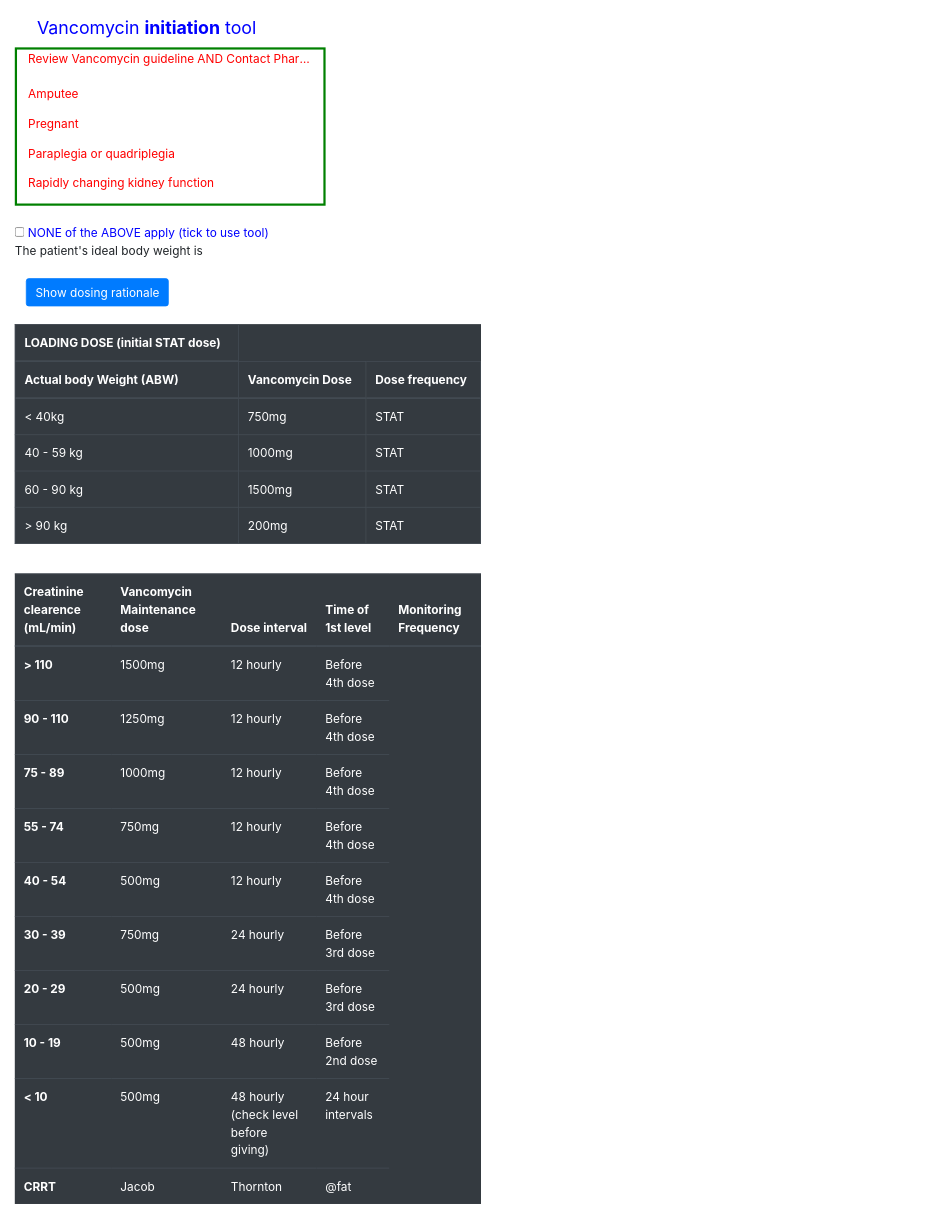
Repository: Mismiles/project-clinical-calculator
Page: index.html
The author's editor kept a record of every edit. The page is drawn from the files as they stood at one moment, then again after the next edit.
The browser window is 1280 px wide. The pictures show the whole page, at 74% of full size.

Above is the page before.

### index.html
<!doctype html>
<html lang="en">
  <head>
    <!-- Required meta tags -->
    <meta charset="utf-8">
    <meta name="viewport" content="width=device-width, initial-scale=1, shrink-to-fit=no">

    <!-- Bootstrap CSS -->
    <link rel="stylesheet" href="https://stackpath.bootstrapcdn.com/bootstrap/4.3.1/css/bootstrap.min.css" integrity="sha384-ggOyR0iXCbMQv3Xipma34MD+dH/1fQ784/j6cY/iJTQUOhcWr7x9JvoRxT2MZw1T" crossorigin="anonymous">

    <!-- Custom CSS -->
    <link href="css/stylesheet.css" rel="stylesheet">

    <title>Vancomycin calculation tool</title>

  </head>
  <body>

<form name="vanc">
<fieldset>

<!-- Form Name -->
<legend>Vancomycin <b>initiation</b> tool</legend>

<!-- Parameters -->
<section id='parameters'>
  <div class="col-md-4 statement" for="parameters" style="color:red">Review Vancomycin guideline AND Contact Pharmacy if any apply, as this tool will not give relevant advice.
    <br>
    <br>
    <p>Amputee</p>
    <p>Pregnant</p>
    <p>Paraplegia or quadriplegia</p>
    <p>Rapidly changing kidney function</p>
	</div>
</section>

<!-- Safe to use tool-->
	<br>
	<div style="color:blue">
      <input type="checkbox" name="parameters" id="showform" onclick="displayForm(); hideParameters();">
      NONE of the ABOVE apply (tick to use tool)
</div>

<section id='vancform'>
<!-- Indication-->
<br>
<div class="form-group">
  <label class="col-md-4 control-label" for="indication"><b>Indication</b></label>
  <div class="col-md-4">
  <input id="ind" name="indication" type="text" autocomplete="off" placeholder="Specify" class="form-control input-md" required="">
  </div>
</div>

<!-- Gender -->
<div class="form-group">
  <label class="col-md-4 control-label" for="gender"><b>Gender</b></label>
  <div class="col-md-4">
   <div class="btn-group btn-group-toggle" data-toggle="buttons">
  <label class="btn btn-outline-primary">
    <input type="radio" name="options" id="male" value="males" onclick="getGender()"> Male
  </label>
  <label class="btn btn-outline-danger">
    <input type="radio" name="options" id="female" value="females" onclick="getGender()"> Female
  </label>
</div>
  </div>
</div>

<!-- Age-->
<div class="form-group">
  <label class="col-md-4 control-label" for="age"><b>Age</b></label>
  <div class="col-md-4">
  <input id="age" name="age" type="text" maxlength="3" placeholder="Age in years" autocomplete="off" class="form-control input-md" required="">
  </div>
</div>

<!-- Weight-->
<div class="form-group">
  <label class="col-md-4 control-label" for="weight"><b>Weight in kg</b></label>
  <div class="col-md-4">
  <input id="weight" name="weight" type="text" maxlength="3" placeholder="Weight in kg" autocomplete="off" class="form-control input-md" required="">
</div>
</div>

<!-- Date picker-->
<div class="form-group">
        <label class="col-md-4 control-label" for="date"><b>Date Weight Taken</b></label>
          <div class="col-md-4">
        <input id="form-control input-md date" name="date" autocomplete="off" placeholder="MM/DD/YYY" type="date" required="" onclick="verifyDate()">
          </div>
</div>
<p id="datemessage"></p>

  <div class="checkbox">
    <label for="parameters-0">
      <input type="radio" name="parameters" id="abnormalWeight" value="" onclick="displayHeight();">
      Abnormal Weight (BMI &lt; 18.5 OR BMI &gt; 25) <br><span style="color:green"><i>Tick to help calculate BMI</i></span>
    </label>
	</div>

	 <div class="checkbox">
    <label for="parameters-1">
      <input type="radio" name="parameters" id="normalweight" value="" onclick="toggleIBW(); displayHeight();">
      Normal weight (BMI &gt; 18.5 and &lt; 25)
    </label>
	</div>
</div>
</div>

<!-- Height-->
<section id="heightbox" class="form-group">
  <label class="col-md-4 control-label" for="height"><b>Height in cm</b></label>
  <div class="col-md-4">
  <input id="height" name="height" type="text" maxlength="3" autocomplete="off" placeholder="Height in cm" class="form-control input-md" required="">
</div>
</section>

<!-- Creatinine-->
<div class="form-group">
  <label class="col-md-4 control-label" for="creatinine"><b>Serum Creatinine in µmol/L</b></label>
  <div class="col-md-4">
  <input id="creatinine" name="creatinine" type="text" autocomplete="off" maxlength="3" placeholder="Creatinine" class="form-control input-md" data-bind="value:replyNumber" required="">
  </div>
</div>

<!-- Disclaimer-->
<div style="color:red">
      <input type="checkbox" name="safetyline" id="disclaimer" onclick="safety();">
      I confirm that this tool takes no clinical responsibility for outcomes <br>
      and I will use this tool <b>only to aid my ultimate clinical decision.</b>
</div>

<!-- Button -->
<div class="form-group">
  <label class="col-md-4 control-label" for="calculate"></label>
  <div class="col-md-4">
    <script type="text/javascript" src="js/calculation.js"></script>
    <button id="calc" name="calculate" type="button" class="btn btn-primary" onclick="runCalcs();" >Display dose and monitoring advice</button>
  </div>
</div>

</fieldset>
</form>
</section>

<section id="dosingAdvice">
<p id="indication" class="text">The indication for treatment is</p>
<p id="stat_dose" class="text">Prescribe STAT dose of</p>
<p id="bmi_calc" class="text">The patient's BMI is</p>
<p id="ibw_text" class="text">The patient's ideal body weight is</p>
<p id="result_g" class="text">The CrCl =</p>
<p id="main_dose" class="text">Therefore prescribe</p>
<p id="poor_renal"class="text">Do not wait for the result before giving the next scheduled dose unless CrCl < 10 ml/min
or the patient is on renal replacement therapy</p>

<br>

<!-- Explain Button -->
  <div class="col-md-4">
    <button id="explain" name="exp" type="button" class="btn btn-primary" onclick="displayReasoning(); highlightWtable(); highlightRtable(); explain(); scrollWin();" >Show dosing rationale</button>
  </div>
</div>

</section>

<br>

<section id="explainDosing"
<!--Show formulas -->
<div id="showFormulas"></div>

<table class="col-md-6 table table-bordered table-dark">
  <thead>
    <tr>
      <th>LOADING DOSE (initial STAT dose)</th>
    </tr>
    <tr>
      <th scope="col">Actual body Weight (ABW)</th>
      <th scope="col">Vancomycin Dose</th>
      <th scope="col">Dose frequency</th>
    </tr>
  </thead>
  <tbody>
    <tr id="under40">
      <td>< 40kg</td>
      <td>750mg</td>
      <td>STAT</td>
    </tr>
    <tr id="w40to59">
      <td>40 - 59 kg</td>
      <td>1000mg</td>
      <td>STAT</td>
    </tr>
    <tr id="w60to90">
      <td>60 - 90 kg</td></td>
      <td>1500mg</td>
      <td>STAT</td>
    </tr>
    <tr id="over90">
      <td>> 90 kg</td></td>
      <td>200mg</td>
      <td>STAT</td>
    </tr>
  </tbody>
</table>

<br>

<table class="col-md-6 table table-dark">
  <thead>
    <tr>
      <th scope="col">Creatinine clearence (mL/min)</th>
      <th scope="col">Vancomycin Maintenance dose</th>
      <th scope="col">Dose interval</th>
      <th scope="col">Time of 1st level</th>
      <th scope="col">Monitoring Frequency</th>
    </tr>
  </thead>
  <tbody>
    <tr id="rOver110">
      <th>> 110</th>
      <td>1500mg</td>
      <td>12 hourly</td>
      <td>Before 4th dose</td>
    </tr>
    <tr id="r90to110">
      <th>90 - 110</th>
      <td>1250mg</td>
      <td>12 hourly</td>
      <td>Before 4th dose</td>
    </tr>
    <tr  id="r75to89">
      <th>75 - 89</th>
      <td>1000mg</td>
      <td>12 hourly</td>
      <td>Before 4th dose</td>
    </tr>
     <tr id="r55to74">
      <th>55 - 74</th>
      <td>750mg</td>
      <td>12 hourly</td>
      <td>Before 4th dose</td>
    </tr>
    <tr id="r40to54">
      <th>40 - 54</th>
      <td>500mg</td>
      <td>12 hourly</td>
      <td>Before 4th dose</td>
    </tr>
    <tr id="r30to90">
      <th>30 - 39</th>
      <td>750mg</td>
      <td>24 hourly</td>
      <td>Before 3rd dose</td>
    </tr>
    <tr id="r20to29">
      <th>20 - 29</th>
      <td>500mg</td>
      <td>24 hourly</td>
      <td>Before 3rd dose</td>
    </tr>
    <tr id="r10to19">
      <th>10 - 19</th>
      <td>500mg</td>
      <td>48 hourly</td>
      <td>Before 2nd dose</td>
    </tr>
    <tr id="r10to0">
      <th>< 10</th>
      <td>500mg</td>
      <td>48 hourly (check level before giving)</td>
      <td>24 hour intervals</td>
    </tr>
    <tr id="CRRT">
      <th>CRRT</th>
      <td>Jacob</td>
      <td>Thornton</td>
      <td>@fat</td>
    </tr>
  </tbody>
</table>


<!-- Image carousel -->
  <div id="carouselExampleIndicators" class="carousel slide row" data-ride="carousel">
  <ol class="carousel-indicators">
    <li data-target="#carouselExampleIndicators" data-slide-to="0" class="active"></li>
    <li data-target="#carouselExampleIndicators" data-slide-to="1"></li>
    <li data-target="#carouselExampleIndicators" data-slide-to="2"></li>
    <li data-target="#carouselExampleIndicators" data-slide-to="3"></li>
    <li data-target="#carouselExampleIndicators" data-slide-to="4"></li>
    <li data-target="#carouselExampleIndicators" data-slide-to="5"></li>
    <li data-target="#carouselExampleIndicators" data-slide-to="6"></li>
    <li data-target="#carouselExampleIndicators" data-slide-to="7"></li>
    <li data-target="#carouselExampleIndicators" data-slide-to="8"></li>
    <li data-target="#carouselExampleIndicators" data-slide-to="9"></li>
  </ol>
  <div class="carousel-inner">
    <div class="carousel-item active">
      <img class="d-block w-60" src="images/vanc1.jpg" alt="First slide">
    </div>
    <div class="carousel-item">
      <img class="d-block w-60" src="images/app1.jpg" alt="Second slide">
    </div>
    <div class="carousel-item">
      <img class="d-block w-60" src="images/app2.jpg" alt="Third slide">
    </div>
    <div class="carousel-item">
      <img class="d-block w-60" src="images/app3.jpg" alt="Fourth slide">
    </div>
    <div class="carousel-item">
      <img class="d-block w-60" src="images/app41.jpg" alt="Fifth slide">
    </div>
    <div class="carousel-item">
      <img class="d-block w-60" src="images/app42.jpg" alt="Sixth slide">
    </div>
     <div class="carousel-item">
      <img class="d-block w-60" src="images/app43.jpg" alt="Seventh slide">
    </div>
     <div class="carousel-item">
      <img class="d-block w-60" src="images/app5.jpg" alt="Eigth slide">
     </div>
     <div class="carousel-item">
      <img class="d-block w-60" src="images/app6.jpg" alt="Ninth slide">
     </div>
  </div>

  <a class="carousel-control-prev" href="#carouselExampleIndicators" role="button" data-slide="prev">
    <span class="carousel-control-prev-icon" aria-hidden="true"></span>
    <span class="sr-only">Previous</span>
  </a>
  <a class="carousel-control-next" href="#carouselExampleIndicators" role="button" data-slide="next">
    <span class="carousel-control-next-icon" aria-hidden="true"></span>
    <span class="sr-only">Next</span>
  </a>
</div>


    <!-- jQuery first, then Popper.js, then Bootstrap JS -->
    <script src="https://code.jquery.com/jquery-3.3.1.slim.min.js" integrity="sha384-q8i/X+965DzO0rT7abK41JStQIAqVgRVzpbzo5smXKp4YfRvH+8abtTE1Pi6jizo" crossorigin="anonymous"></script>
    <script src="https://cdnjs.cloudflare.com/ajax/libs/popper.js/1.14.7/umd/popper.min.js" integrity="sha384-UO2eT0CpHqdSJQ6hJty5KVphtPhzWj9WO1clHTMGa3JDZwrnQq4sF86dIHNDz0W1" crossorigin="anonymous"></script>
    <script src="https://stackpath.bootstrapcdn.com/bootstrap/4.3.1/js/bootstrap.min.js" integrity="sha384-JjSmVgyd0p3pXB1rRibZUAYoIIy6OrQ6VrjIEaFf/nJGzIxFDsf4x0xIM+B07jRM" crossorigin="anonymous"></script>

        <!-- Calulation JavaScript Code-->
    <script type="text/javascript" href="js/calculation.js"></script>

  </body>
</html>

### css/stylesheet.css
body {
    position: relative;
    font-size: 1em;
    margin-left: 20px;
    margin-top: 20px;

}

legend {
    padding-left: 30px;
    color: blue;
}

.statement {
 border-style: solid;
 border-color: green;
 white-space: nowrap;
 width: 470px;
 overflow: hidden;
 text-overflow: ellipsis;
  }

 .showform {
     color: blue;
 }

#heightbox{
  display: none;
}

#bmi_calc{
    display: none;
}

#vancform {
  display: none;
}

#parameters{
    display: block;
}

#ibw_text{
    display: block;
}

.text{
    margin-bottom: 2px;
    display: none;
}

.datemessage{
    color: red;
}

.text{
    padding-bottom: 0;
}

.carousel {
  width:740px;
  height:860px;
  display: none !important;
}

Loaded but not shown: js/calculation.js (383 lines, source omitted)

After the next edit:
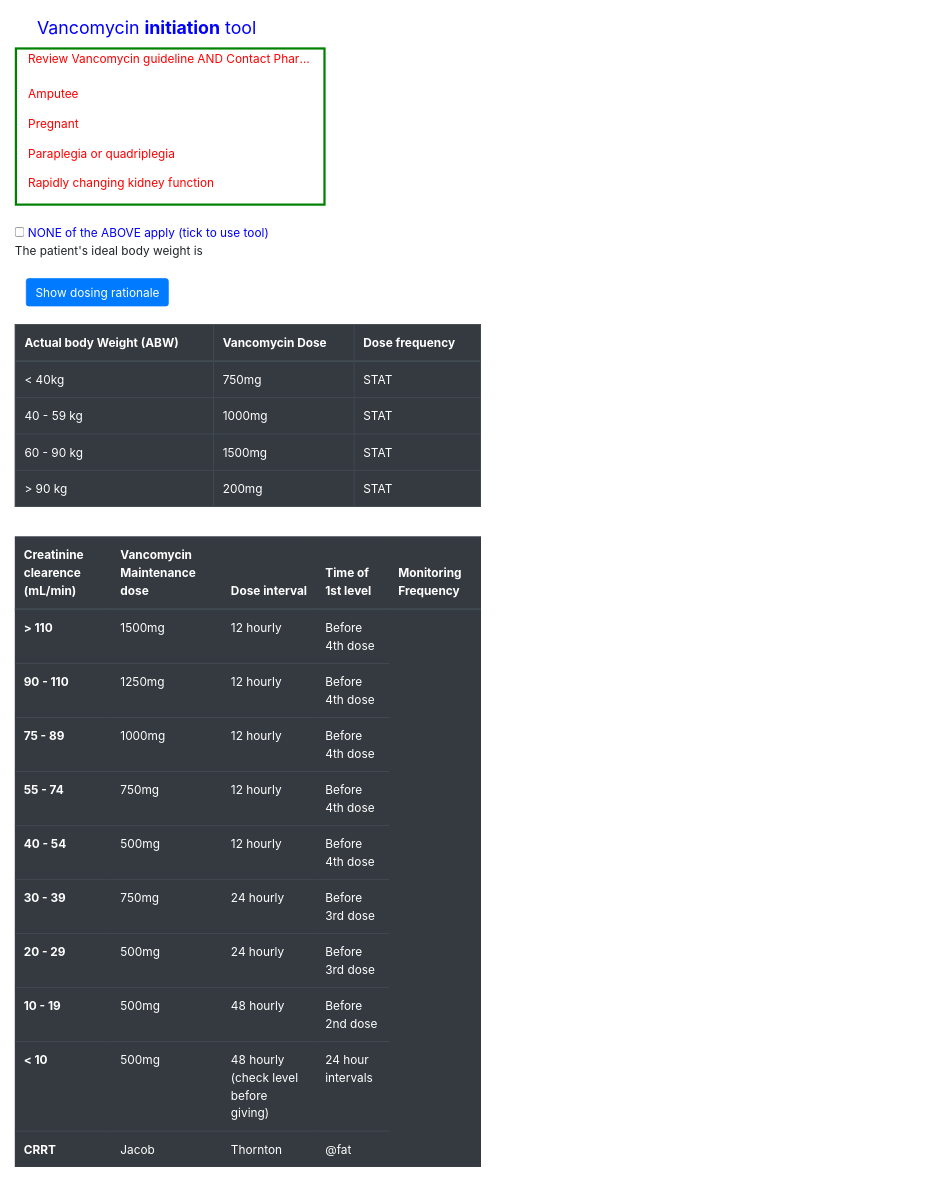
The edit:
--- a/index.html
+++ b/index.html
@@ -171,9 +171,6 @@
 
 <table class="col-md-6 table table-bordered table-dark">
   <thead>
-    <tr>
-      <th>LOADING DOSE (initial STAT dose)</th>
-    </tr>
     <tr>
       <th scope="col">Actual body Weight (ABW)</th>
       <th scope="col">Vancomycin Dose</th>
